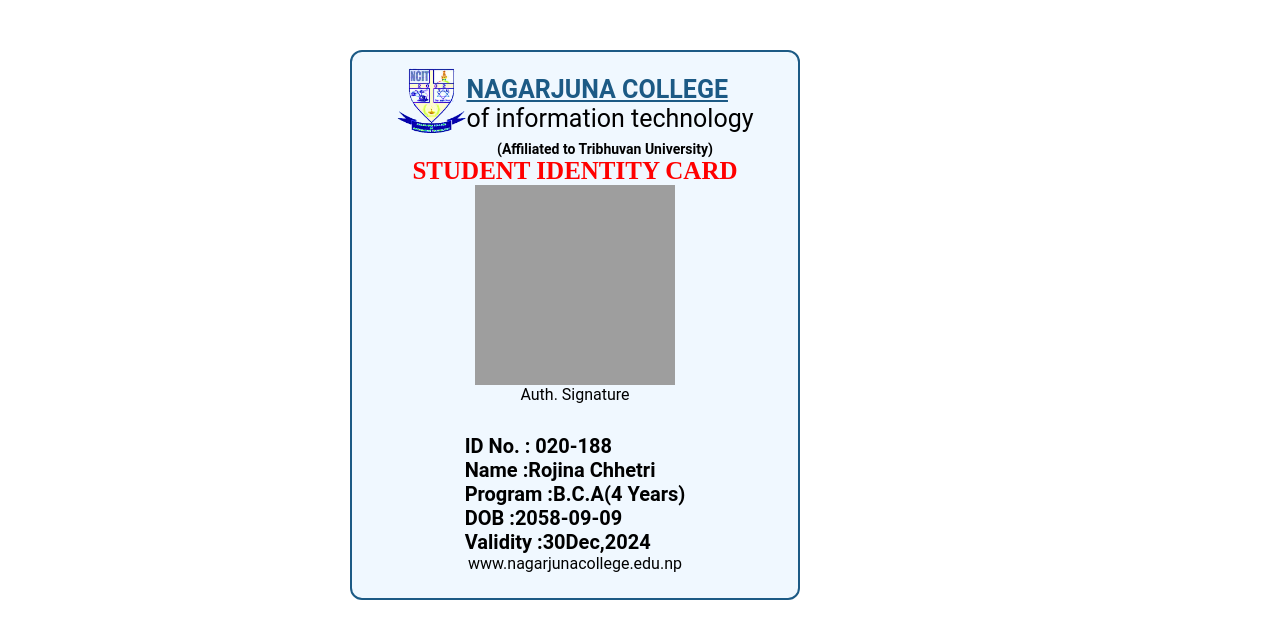
Repository: Rojinachhetri/roji
Page: rojina.html
These files come from the project's save history. The page is drawn as it stood at one moment and after the next save; the edit follows.
The browser window is 1280 px wide. The pictures show the whole page.
Pictures or frames that could not be fetched are drawn as grey boxes.

Above is the page before, as saved 2023-04-24 23:06:22.

### rojina.html
<!DOCTYPE html>
<html lang="en">

<head>
    <meta charset="UTF-8">
    <meta http-equiv="X-UA-Compatible" content="IE=edge">
    <meta name="viewport" content="width=device-width, initial-scale=1.0">
    <title>Nagrajuna college</title>
    <link rel="stylesheet" href="rojina.css">
</head>

<body>
    <div class="container">
        <div class="hero">
            <div class="card_logo">
                <img src="logo1.png" alt="logo" height="70px" width="70px">
            </div>
            <div class="hero_text">
                <div class="name">NAGARJUNA COLLEGE</div>
                <div class="class1">of information technology</div>
            </div>
        </div>
        <div class="header">(Affiliated to Tribhuvan University)</div>
        <div class="student">STUDENT IDENTITY CARD</div>
        <div class="hero1">
            <img src="./rojinaa.jpg" alt="picture" height="200px" width="200px">
            <div>Auth. Signature</div>
        </div>
        <div class="id">
            <div>ID No. : 020-188</div>
            <div>Name :Rojina Chhetri</div>
            <div>Program :B.C.A(4 Years)</div>
            <div>DOB :2058-09-09</div>
            <div>Validity :30Dec,2024</div>
        </div>
        <div class="footer">www.nagarjunacollege.edu.np</div>
    </div>



</body>

</html>

### rojina.css
    * {
        box-sizing: border-box;
        padding: 0px;
        margin: 0px;
        font-family: RobotO, sans-serif;
    }

    .container {
        width: 450px;
        height: 550px;
        background-color: aliceblue;
        border: 2px solid #1c5a85;
        display: flex;
        flex-direction: column;
        align-items: center;
        margin: 50px 150px 50px 350px;
        padding: 0px 10px 10px 10px;
        border-radius: 12px 12px 12px 12px;
    }

    .hero {
        display: flex;
        flex-direction: row;
        align-items: center;
        margin-top: 15px;
    }

    .hero_text {
        font-size: 25px;
    }

    .hero_text .name {
        text-decoration: underline;
        color: #1c5a85;
        font-weight: bolder;
    }

    .header {
        font-size: 14px;
        font-weight: bold;
        margin-left: 60px;
    }

    .hero1 {
        display: flex;
        flex-direction: column;
        align-items: center;
    }

    .student {
        font-size: 25px;
        font-weight: bolder;
        font-family: 'Times New Roman', Times, serif;
        color: red;
    }

    .id {
        font-size: 20px;
        margin-top: 30px;
        font-weight: bold;
    }

After the next save:
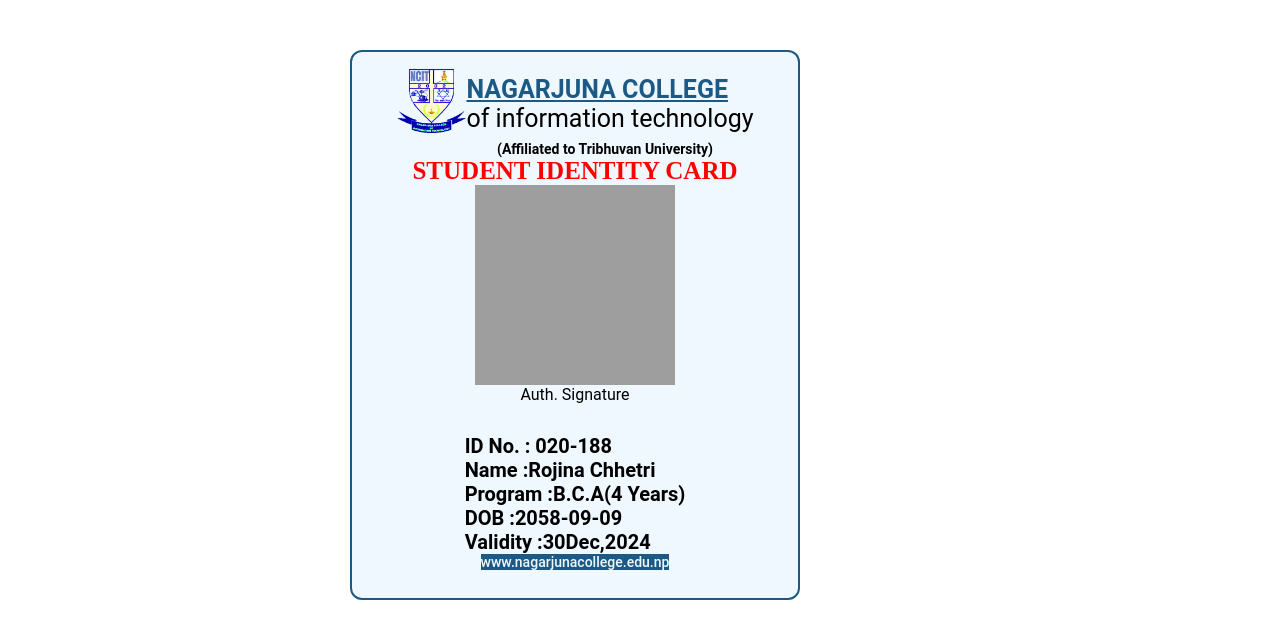
Saved 31 s later.
--- a/rojina.css
+++ b/rojina.css
@@ -59,3 +59,11 @@
         margin-top: 30px;
         font-weight: bold;
     }
+
+    .footer {
+        color: aliceblue;
+        background-color: #1c5a85;
+        font-size: 14px;
+        font-weight: 500;
+        text-align: center;
+    }
